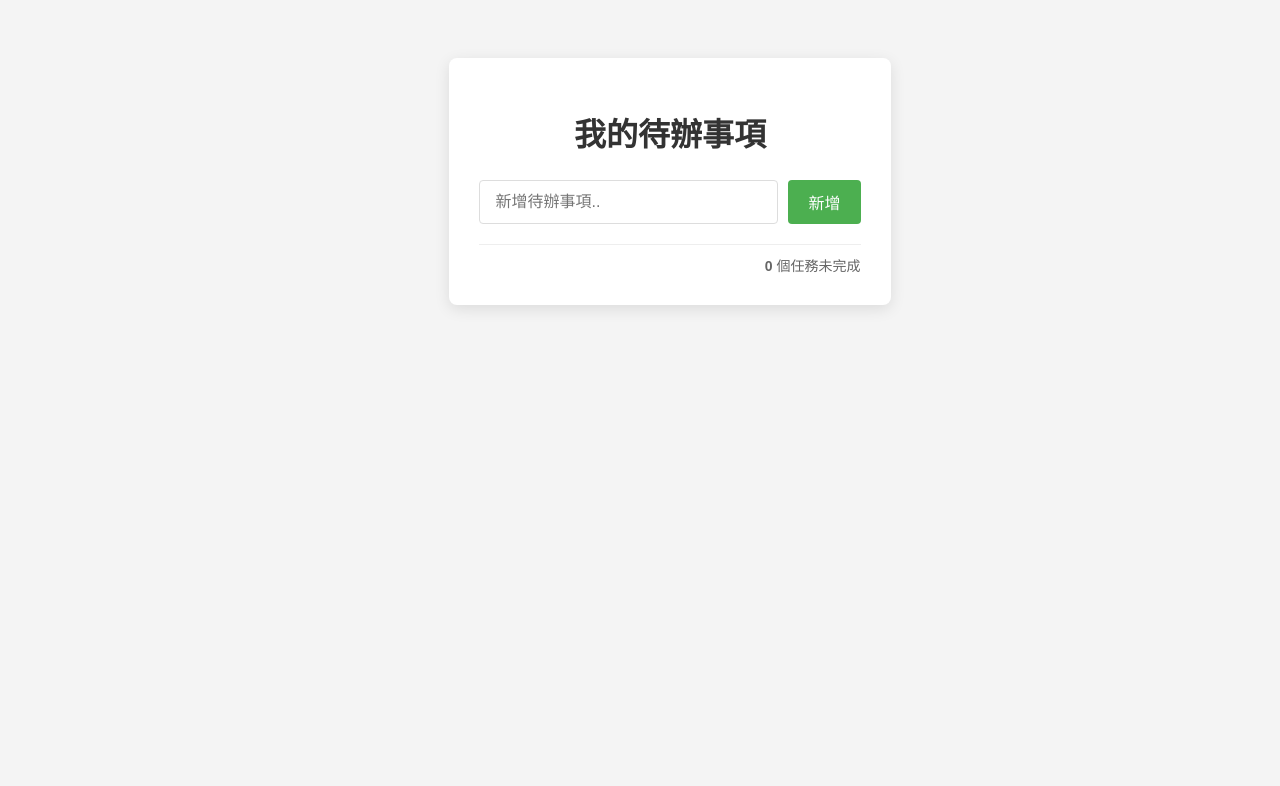
Repository: minnie-w-tcg/my-todo-vue3
Page: /
These files come from the project's save history. The page is drawn as it stood at one moment and after the next save; the edit follows.
The browser window is 1280 px wide. The pictures show the whole page.
The project was rebuilt for these pictures with package versions that can differ from the ones it lists, and the page was loaded fresh each time. Also part of the build but not shown: vue.config.js.

Above is the page before, as saved 2025-07-17 11:12:10.

### public/index.html
<!DOCTYPE html>
<html lang="zh-TW">
<head>
    <meta charset="UTF-8">
    <meta name="viewport" content="width=device-width, initial-scale=1.0">
    <title>我的 Vue ToDo List (手動搭建 Vuex 版)</title>
</head>
<body>
    <div id="app"></div>
    </body>
</html>

### src/App.vue
<template>
  <div id="app-container"> <h1>我的待辦事項</h1>
    <div class="input-section">
      <input type="text" v-model="newTodoText" @keyup.enter="addTodo" placeholder="新增待辦事項..">
      <button @click="addTodo">新增</button>
    </div>

    <ul class="todo-list">
      <li
        v-for="todo in todos"
        :key="todo.id"
        class="todo-item"
        :class="{ completed: todo.completed }" >
        <input type="checkbox" :checked="todo.completed" @change="toggleTodoCompletion(todo.id)">
        <span>{{ todo.text }}</span>
        <button class="delete-btn" @click="removeTodo(todo.id)">刪除</button>
      </li>
    </ul>
    <div class="footer-info">
      <span> <strong>{{ remainingTodos }}</strong> 個任務未完成</span>
    </div>
  </div>
</template>

<script setup>
import { computed, ref } from 'vue'
import { useStore } from 'vuex'

const store = useStore()

const newTodoText = ref('')

const todos = computed(() => store.state.todos)
const remainingTodos = computed(() => store.getters.remainingTodos)

function addTodo(){
  if (newTodoText.value.trim()){
    store.dispatch('addTodo', newTodoText.value)
    newTodoText.value = ''
  }
}

function removeTodo(id) {
  store.dispatch('removeTodo', id)
}

function toggleTodoCompletion(id) {
  store.dispatch('toggleTodoCompletion', id)
}
</script>

<style>
/* 將之前的 CSS 樣式貼到這裡 */
body {
    font-family: Arial, sans-serif;
    display: flex;
    justify-content: center;
    align-items: flex-start;
    min-height: 100vh;
    background-color: #f4f4f4;
    padding-top: 50px;
}
/* 注意這裡的 ID 是 app-container，因為 main.js 掛載的是 #app，而 App.vue 是其內部內容 */
#app-container {
    background-color: #fff;
    padding: 30px;
    border-radius: 8px;
    box-shadow: 0 4px 15px rgba(0, 0, 0, 0.1);
    width: 100%;
    max-width: 500px;
}
h1 {
    text-align: center;
    color: #333;
    margin-bottom: 25px;
}
.input-section {
    display: flex;
    margin-bottom: 20px;
}
.input-section input[type="text"] {
    flex-grow: 1;
    padding: 10px 15px;
    border: 1px solid #ddd;
    border-radius: 4px;
    font-size: 16px;
    margin-right: 10px;
}
.input-section button {
    padding: 10px 20px;
    background-color: #4CAF50;
    color: white;
    border: none;
    border-radius: 4px;
    cursor: pointer;
    font-size: 16px;
}
.input-section button:hover {
    background-color: #45a049;
}
.todo-list {
    list-style: none;
    padding: 0;
    margin: 0;
}
.todo-item {
    display: flex;
    align-items: center;
    padding: 12px 0;
    border-bottom: 1px solid #eee;
}
.todo-item:last-child {
    border-bottom: none;
}
.todo-item span {
    flex-grow: 1;
    font-size: 18px;
    color: #555;
}
.todo-item.completed span {
    text-decoration: line-through;
    color: #aaa;
}
.todo-item .delete-btn {
    background-color: #f44336;
    color: white;
    border: none;
    padding: 6px 10px;
    border-radius: 4px;
    cursor: pointer;
    font-size: 14px;
    margin-left: 15px;
}
.todo-item .delete-btn:hover {
    background-color: #f12727;
}
.todo-item input[type="checkbox"] {
    margin-right: 15px;
    transform: scale(1.3);
}
.footer-info {
    margin-top: 20px;
    text-align: right;
    padding-top: 10px;
    border-top: 1px solid #eee;
    color: #666;
    font-size: 14px;
}
</style>

### src/store/index.js
// src/store/index.js
import { createStore }  from 'vuex'


const STORAGE_KEY = 'vue-todo-list-vuex'; // 確保鍵名唯一

export default createStore({
  state: {
    todos: JSON.parse(localStorage.getItem(STORAGE_KEY) || '[]')
  },
  getters: {
    remainingTodos: state => {
      return state.todos.filter(todo => !todo.completed).length;
    }
  },
  mutations: {
    addTodo(state, todoText) {
      state.todos.push({
        id: Date.now(),
        text: todoText,
        completed: false
      });
      localStorage.setItem(STORAGE_KEY, JSON.stringify(state.todos));
    },
    removeTodo(state, id) {
      state.todos = state.todos.filter(todo => todo.id !== id);
      localStorage.setItem(STORAGE_KEY, JSON.stringify(state.todos));
    },
    toggleTodoCompletion(state, id) {
      const todo = state.todos.find(todo => todo.id === id);
      if (todo) {
        todo.completed = !todo.completed;
      }
      localStorage.setItem(STORAGE_KEY, JSON.stringify(state.todos));
    }
  },
  actions: {
    addTodo({ commit }, todoText) {
      if (todoText.trim()) {
        commit('addTodo', todoText.trim());
      }
    },
    removeTodo({ commit }, id) {
      commit('removeTodo', id);
    },
    toggleTodoCompletion({ commit }, id) {
      commit('toggleTodoCompletion', id);
    }
  },
  modules: {

  }
})

Loaded but not shown: src/main.js (common file)

After the next save:
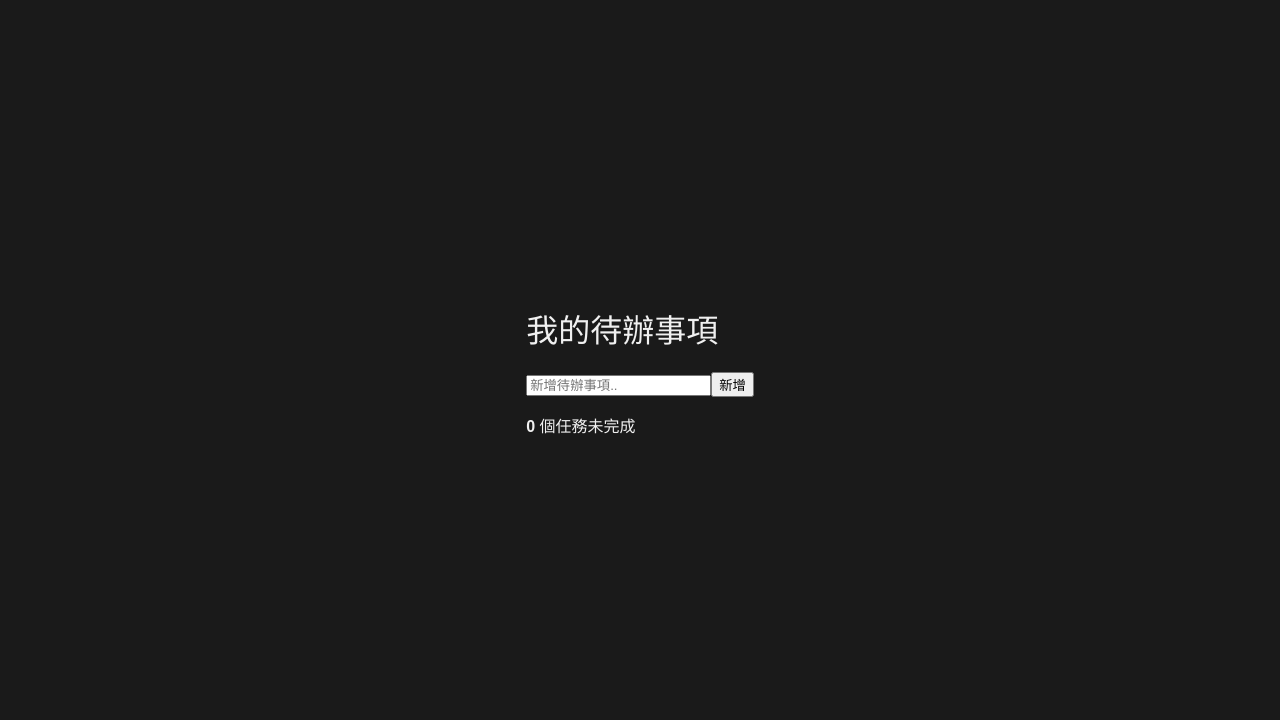
Saved 3 days later.
--- a/src/App.vue
+++ b/src/App.vue
@@ -50,100 +50,44 @@ function toggleTodoCompletion(id) {
 </script>
 
 <style>
-/* 將之前的 CSS 樣式貼到這裡 */
+/* src/assets/main.css 或 App.vue 的 <style> 區塊 */
+:root {
+  /* 從 XD 稿中獲取的顏色 */
+  --color-primary: #B45454; /* 假設是主色調，例如進度條或活躍按鈕 */
+  --color-background: #1A1A1A; /* 假設是整體背景色 */
+  --color-text-light: #F0F0F0; /* 淺色文字 */
+  --color-button-bg: #E0E0E0; /* 按鈕背景色 */
+  --color-button-text: #333; /* 按鈕文字色 */
+
+  /* 從 XD 稿中獲取的字體 */
+  --font-family-display: 'Arial', sans-serif; /* 假設 XD 用了 Arial 或類似字體 */
+  --font-size-timer: 8em; /* 計時器時間的大小 */
+  --font-size-button: 1.2em; /* 按鈕文字大小 */
+}
+
 body {
-    font-family: Arial, sans-serif;
-    display: flex;
-    justify-content: center;
-    align-items: flex-start;
-    min-height: 100vh;
-    background-color: #f4f4f4;
-    padding-top: 50px;
+  background-color: var(--color-background);
+  color: var(--color-text-light);
+  font-family: var(--font-family-display); /* 應用到全局 */
+  margin: 0;
+  display: flex;
+  justify-content: center;
+  align-items: center;
+  min-height: 100vh;
 }
-/* 注意這裡的 ID 是 app-container，因為 main.js 掛載的是 #app，而 App.vue 是其內部內容 */
-#app-container {
-    background-color: #fff;
-    padding: 30px;
-    border-radius: 8px;
-    box-shadow: 0 4px 15px rgba(0, 0, 0, 0.1);
-    width: 100%;
-    max-width: 500px;
+
+#app {
+  /* 移除預設的 margin-top，改為垂直居中 */
+  margin-top: 0;
+  display: flex;
+  flex-direction: column;
+  align-items: center;
+  gap: 30px; /* 組件間距 */
+  padding: 20px;
 }
+
 h1 {
-    text-align: center;
-    color: #333;
-    margin-bottom: 25px;
-}
-.input-section {
-    display: flex;
-    margin-bottom: 20px;
-}
-.input-section input[type="text"] {
-    flex-grow: 1;
-    padding: 10px 15px;
-    border: 1px solid #ddd;
-    border-radius: 4px;
-    font-size: 16px;
-    margin-right: 10px;
-}
-.input-section button {
-    padding: 10px 20px;
-    background-color: #4CAF50;
-    color: white;
-    border: none;
-    border-radius: 4px;
-    cursor: pointer;
-    font-size: 16px;
-}
-.input-section button:hover {
-    background-color: #45a049;
-}
-.todo-list {
-    list-style: none;
-    padding: 0;
-    margin: 0;
-}
-.todo-item {
-    display: flex;
-    align-items: center;
-    padding: 12px 0;
-    border-bottom: 1px solid #eee;
-}
-.todo-item:last-child {
-    border-bottom: none;
-}
-.todo-item span {
-    flex-grow: 1;
-    font-size: 18px;
-    color: #555;
-}
-.todo-item.completed span {
-    text-decoration: line-through;
-    color: #aaa;
-}
-.todo-item .delete-btn {
-    background-color: #f44336;
-    color: white;
-    border: none;
-    padding: 6px 10px;
-    border-radius: 4px;
-    cursor: pointer;
-    font-size: 14px;
-    margin-left: 15px;
-}
-.todo-item .delete-btn:hover {
-    background-color: #f12727;
-}
-.todo-item input[type="checkbox"] {
-    margin-right: 15px;
-    transform: scale(1.3);
-}
-.footer-info {
-    margin-top: 20px;
-    text-align: right;
-    padding-top: 10px;
-    border-top: 1px solid #eee;
-    color: #666;
-    font-size: 14px;
+  color: var(--color-text-light);
+  font-weight: normal; /* 根據設計調整 */
 }
 </style>
